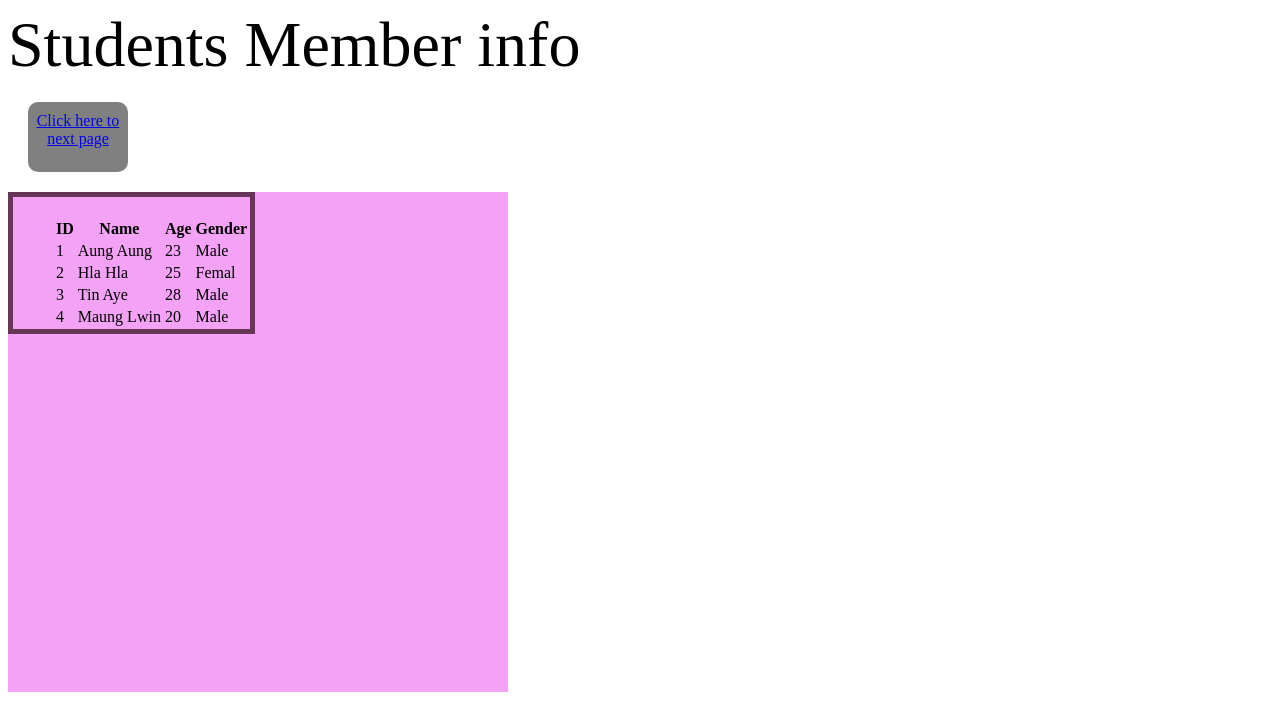
Repository: ThantLwinSoe/Servlet
Page: 01-Communication/src/main/webapp/index.html
These files come from the project's save history. The page is drawn as it stood at one moment and after the next save; the edit follows.
The browser window is 1280 px wide. The pictures show the whole page.

Above is the page before, as saved 2023-02-07 02:54:57.

After the next save:
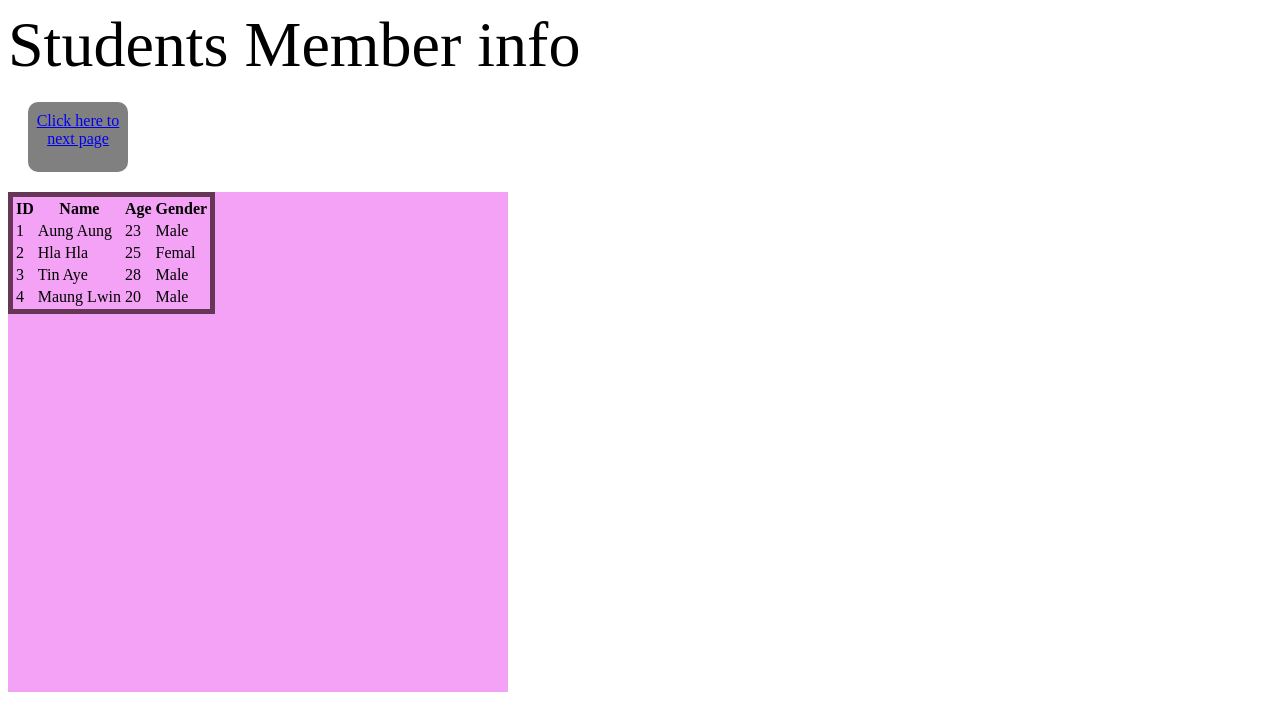
Saved 10 s later.
--- a/01-Communication/src/main/webapp/index.html
+++ b/01-Communication/src/main/webapp/index.html
@@ -23,8 +23,6 @@ h {
 	background: #F4A2F6;
 }
 .table_one {
-	padding-top: 20px;
-	padding-left: 40px;
 	border: 5px solid #663656;
 }
 </style>
